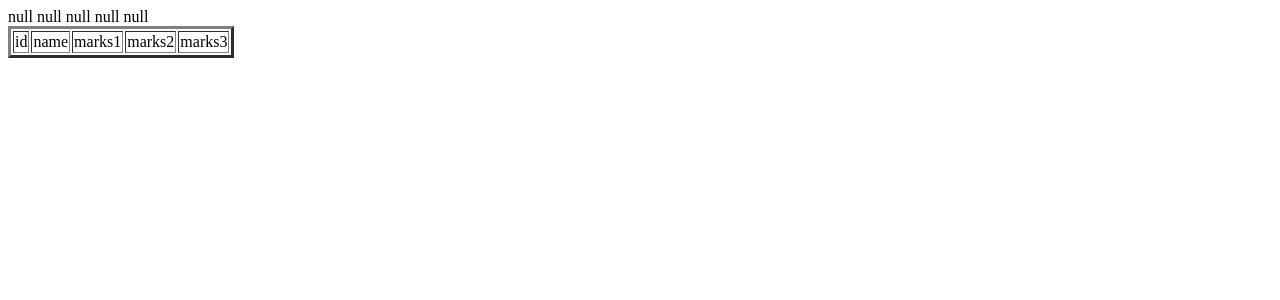
Repository: vima107/JDBC-CRUD-OPERATIONS
Page: http://localhost/get-result-mvc/getResultSuccess.jsp
The author's editor kept a copy of each file at every save. The page is drawn from the files as they stood at one save, then again after the next save.
The browser window is 1280 px wide. The pictures show the whole page.
The page is served by Tomcat 9.

Above is the page before, as saved 2024-10-14 11:00:20.

### get-result-mvc/src/main/webapp/getResultSuccess.jsp
<%@ page language="java" contentType="text/html; charset=UTF-8"
    pageEncoding="UTF-8"%>
<!DOCTYPE html>
<html>
<head>
<meta charset="UTF-8">
<title>Insert title here</title>
</head>
<body>
<%
	Integer id=(Integer)session.getAttribute("sid");
	String name=(String)session.getAttribute("sname");
	Integer marks1=(Integer)session.getAttribute("smarks1");
	Integer marks2=(Integer)session.getAttribute("smarks2");
	Integer marks3=(Integer)session.getAttribute("smarks3");


	out.println(id+" "+name+" "+" "+marks1+" "+marks2+" "+marks3);

%>
 <table border=3>
 	<tr>
 		<td>id</td>
 		<td>name</td>
 		<td>marks1</td>
 		<td>marks2</td>
 		<td>marks3</td>
 	</tr>
 </table>
</body>
</html>

After the next save:
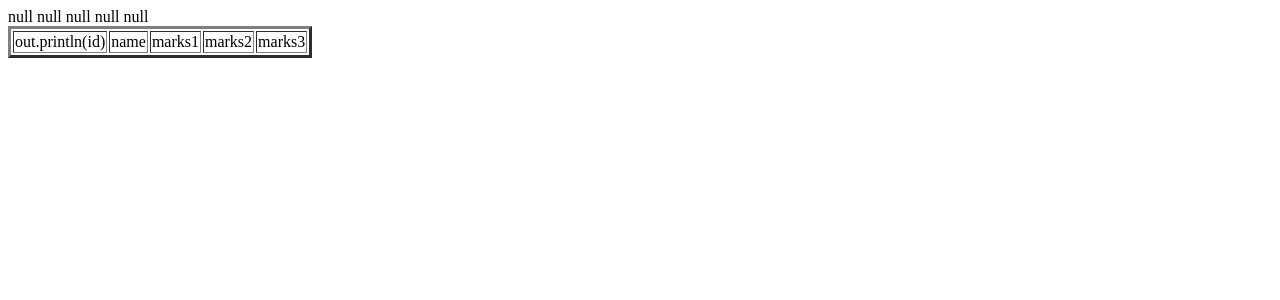
Saved 21 s later.
--- a/get-result-mvc/src/main/webapp/getResultSuccess.jsp
+++ b/get-result-mvc/src/main/webapp/getResultSuccess.jsp
@@ -20,7 +20,7 @@
 %>
  <table border=3>
  	<tr>
- 		<td>id</td>
+ 		<td>out.println(id)</td>
  		<td>name</td>
  		<td>marks1</td>
  		<td>marks2</td>

After the 2 saves that followed:
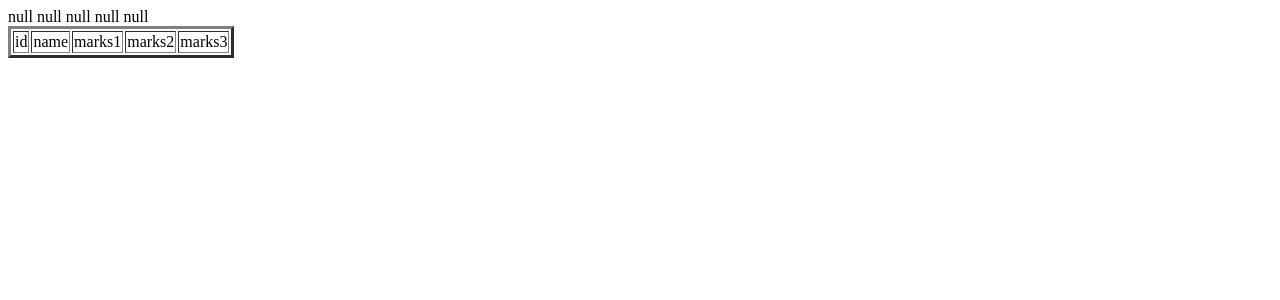
The 2 saves are shown as one change because they came seconds apart.
The last was saved 15 s later.
--- a/get-result-mvc/src/main/webapp/getResultSuccess.jsp
+++ b/get-result-mvc/src/main/webapp/getResultSuccess.jsp
@@ -20,7 +20,7 @@
 %>
  <table border=3>
  	<tr>
- 		<td>out.println(id)</td>
+ 		<td>id</td>
  		<td>name</td>
  		<td>marks1</td>
  		<td>marks2</td>
